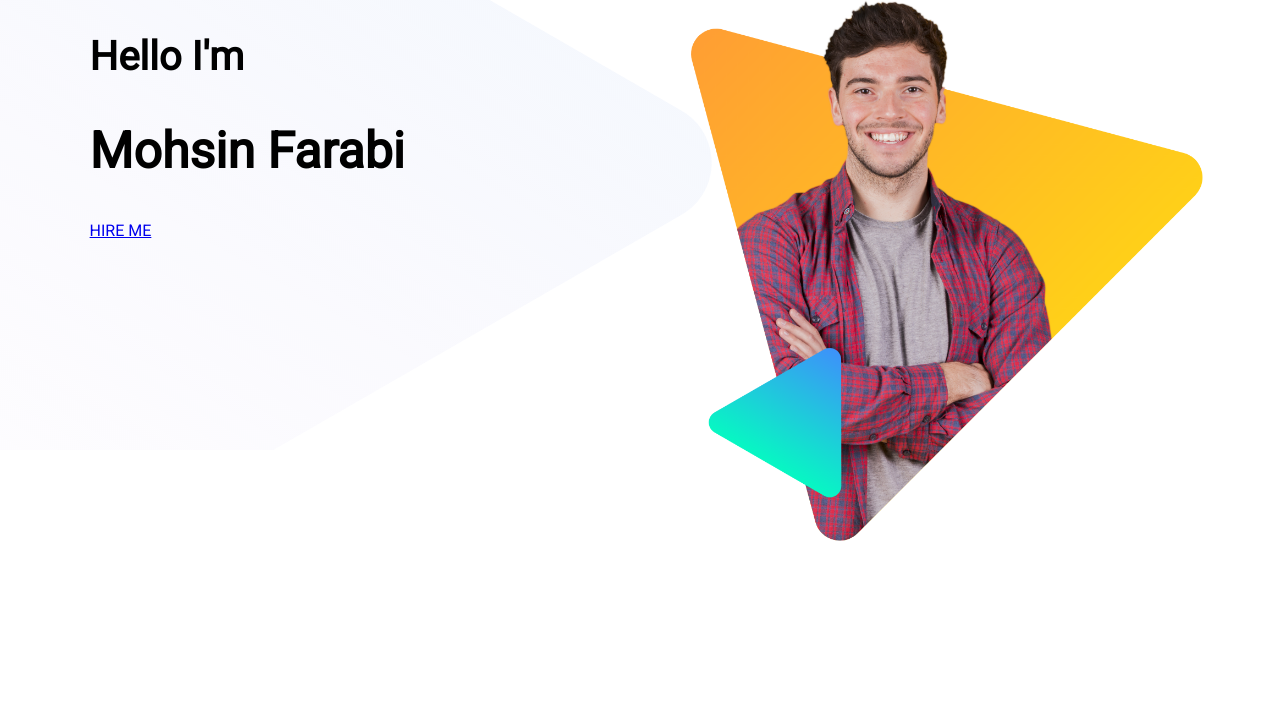
Repository: mohsinfarabi/personal-website
Page: index.html
The author's editor kept a copy of each file at every save. The page is drawn from the files as they stood at one save, then again after the next save.
The browser window is 1280 px wide. The pictures show the whole page.

Above is the page before, as saved 2020-07-01 02:10:35.

### index.html
<!DOCTYPE html>
<html lang="en">

<head>
    <meta charset="UTF-8">
    <meta name="viewport" content="width=device-width, initial-scale=1.0">
    <link href="https://fonts.googleapis.com/css2?family=Roboto" rel="stylesheet">
    <link rel="stylesheet" href="style.css">
    <title>Farabi - Web Developer</title>
</head>

<body>
    <section class="header-part">
        <div class="half-width">
            <h2>Hello I'm</h2>
            <h1>Mohsin Farabi</h1>
            <a class="link-button" target="_blank" href="https://www.linkedin.com/in/mohsin-farabi-68655040/">HIRE ME</a>
        </div>
        <div class="half-width">
            <img src="images/peter.png" alt="">
        </div>
    </section>

</body>

</html>

### style.css
body {
    margin: 0;
    font-family: 'Roboto', sans-serif;
}

h1 {
    font-size: 50px;
}

h2 {
    font-size: 40px;
}

p {
    color: dimgray;
}

section {
    height: 300px;
    padding-bottom: 150px;
}

.biography {
    background-image: url("images/biography-bg.png");
    background-repeat: no-repeat;
}

.header-part {
    background-image: url("images/header-bg.png");
    background-repeat: no-repeat;
}

.half-width {
    width: 40%;
    float: left;
    margin-left: 5%;
    padding-left: 2%;
}

.half-width img {
    width: 100%;
}

After the next save:
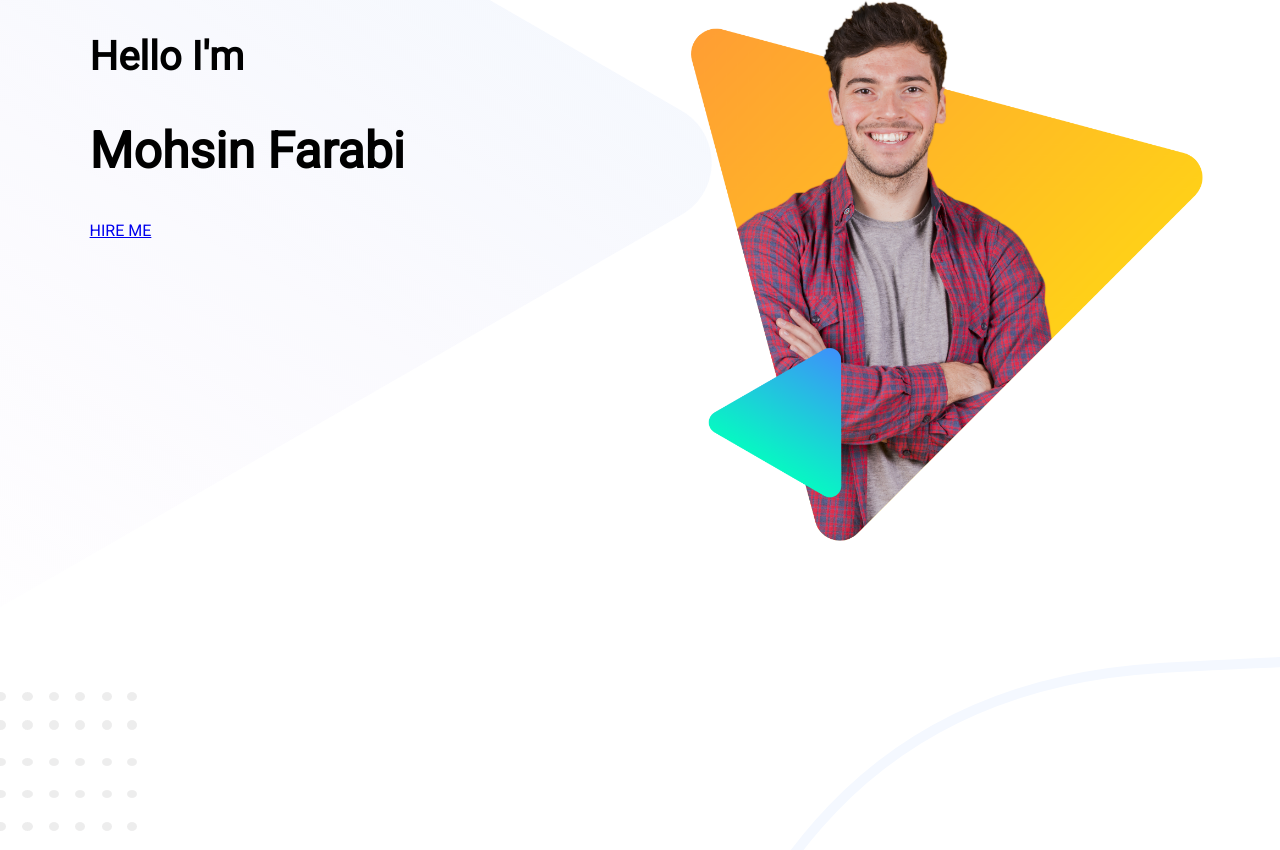
Saved 15 s later.
--- a/style.css
+++ b/style.css
@@ -16,7 +16,7 @@
 }
 
 section {
-    height: 300px;
+    height: 700px;
     padding-bottom: 150px;
 }
 

After the save that followed:
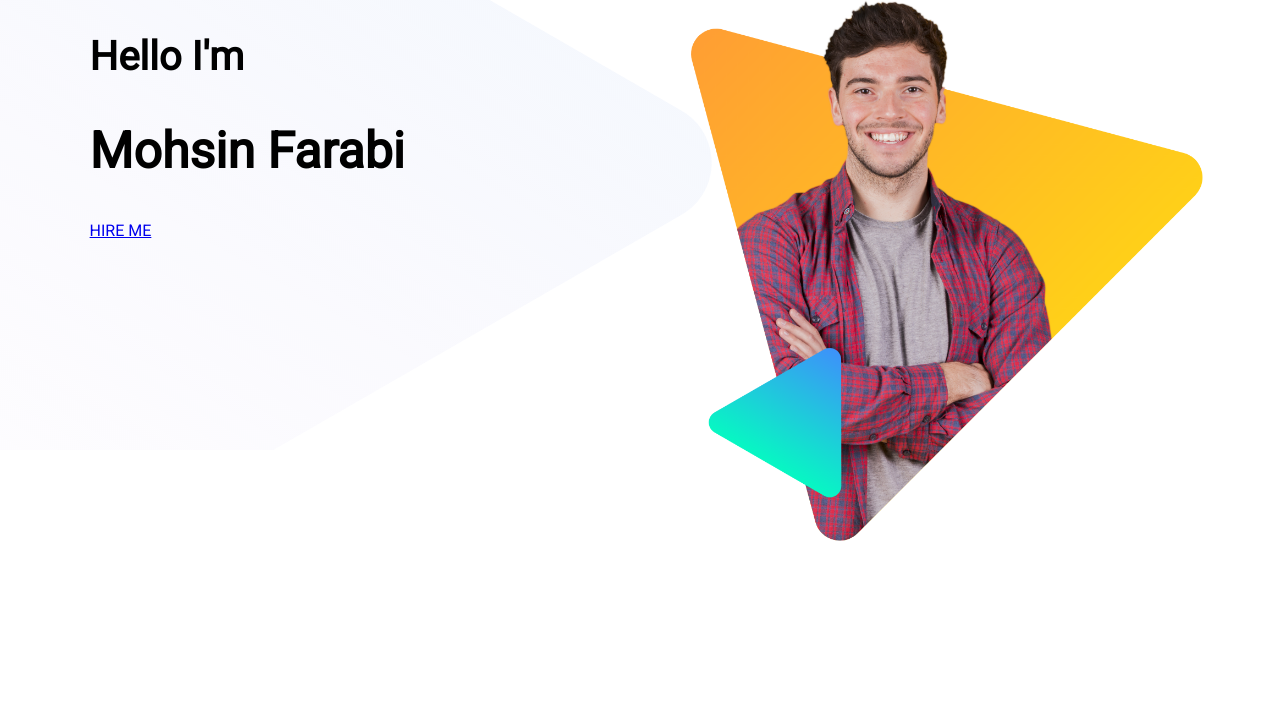
Saved 2 min 12 s later.
--- a/style.css
+++ b/style.css
@@ -16,7 +16,7 @@
 }
 
 section {
-    height: 700px;
+    height: 300px;
     padding-bottom: 150px;
 }
 
